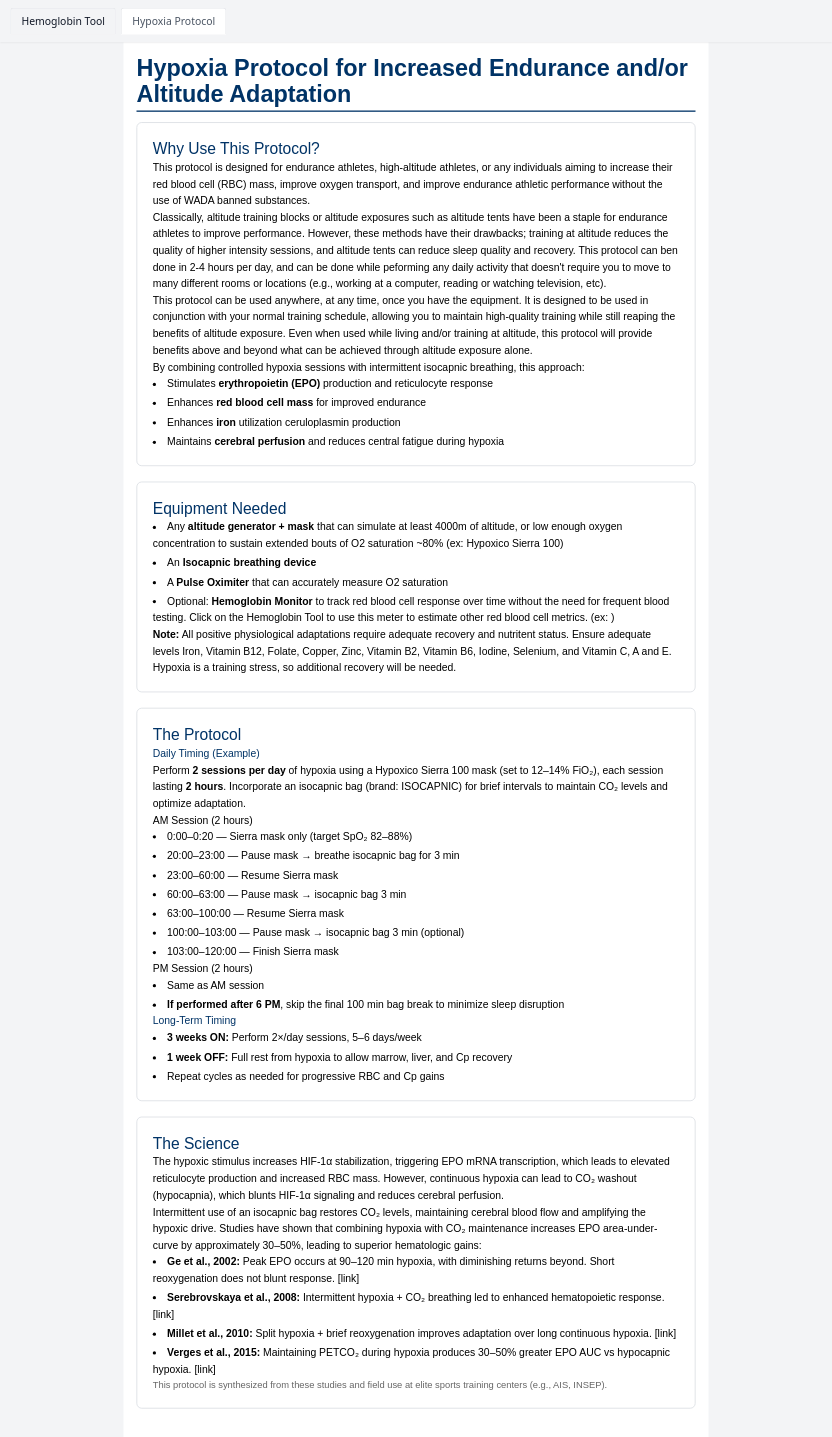
Repository: austenhughes1/hemoglobin_rbc_metrics
Page: hypoxia_protocol.html
These files come from the project's save history. The page is drawn as it stood at one moment and after the next save; the edit follows.
The browser window is 1280 px wide. The pictures show the whole page, at 65% of full size.
Some web libraries are served in a nearby version.

Above is the page before, as saved 2025-06-25 16:03:34.

### hypoxia_protocol.html
<!DOCTYPE html>
<html lang="en">
<head>
  <meta charset="UTF-8" />
  <meta name="viewport" content="width=device-width, initial-scale=1.0"/>
  <title>Hemocalc PRO Hypoxia + Isocapnic Bag Protocol</title>
  <script src="https://cdn.tailwindcss.com"></script>
  <style>
    /* Typography & layout for the content area */
    .content {
      font-family: Arial, sans-serif;
      line-height: 1.6;
      padding: 20px;
      max-width: 900px;
      margin: auto;
      background: white;
    }
    h1, h2, h3 { color: #003366; }
    h1 { border-bottom: 2px solid #003366; padding-bottom: 5px; }
    .citation { font-size: 0.9em; color: #666; }
  </style>
</head>
<body class="bg-gray-100 min-h-screen">

  <!-- Full‐width sticky header -->
  <header class="sticky top-0 z-20 bg-gray-100 shadow-sm w-full">
    <nav class="flex justify-start space-x-2 px-4 py-3">
      <a
        href="index.html"
        class="px-4 py-2 border border-b-0 rounded-t bg-gray-100 text-gray-900 font-medium whitespace-nowrap"
      >
        Hemoglobin Tool
      </a>
      <a
        href="hypoxia_protocol.html"
        class="px-4 py-2 border border-b-0 rounded-t bg-white text-gray-600 hover:bg-gray-200 whitespace-nowrap"
      >
        Hypoxia Protocol
      </a>
    </nav>
  </header>

  <!-- Main content container -->
  <div class="content">
    <h1 class="text-4xl font-bold mb-4">Hypoxia Protocol for Increased Endurance and/or Altitude Adaptation</h1>

    <section class="border border-gray-300 rounded-lg p-6 mb-6 bg-white">
        <h2 class="text-2xl">Why Use This Protocol?</h2>
        <p>
        This protocol is designed for endurance athletes, high-altitude athletes, or any individuals aiming to increase their red blood cell (RBC) mass, improve oxygen transport, and improve endurance athletic performance without the use of WADA banned substances.
        </p>
        <p>
        Classically, altitude training blocks or altitude exposures such as altitude tents have been a staple for endurance athletes to improve performance. However, these methods have their drawbacks; training at altitude reduces the quality of higher intensity sessions, and altitude tents can reduce sleep quality and recovery. This protocol can ben done in 2-4 hours per day, and can be done while peforming any daily activity that doesn't require you to move to many different rooms or locations (e.g., working at a computer, reading or watching television, etc).
        </p>
        <p>
        This protocol can be used anywhere, at any time, once you have the equipment. It is designed to be used in conjunction with your normal training schedule, allowing you to maintain high-quality training while still reaping the benefits of altitude exposure. Even when used while living and/or training at altitude, this protocol will provide benefits above and beyond what can be achieved through altitude exposure alone.
        </p>
        <p>By combining controlled hypoxia sessions with intermittent isocapnic breathing, this approach:</p>
        <ul class="list-disc list-inside space-y-1">
            <li>Stimulates <strong>erythropoietin (EPO)</strong> production and reticulocyte response</li>
            <li>Enhances <strong>red blood cell mass</strong> for improved endurance</li>
            <li>Enhances <strong>iron</strong> utilization ceruloplasmin production </li>
            <li>Maintains <strong>cerebral perfusion</strong> and reduces central fatigue during hypoxia</li>
        </ul>
    </section>

    <section class="border border-gray-300 rounded-lg p-6 mb-6 bg-white">
        <h2 class="text-2xl">Equipment Needed</h2>
        <ul class="list-disc list-inside space-y-1">
            <li>Any <strong>altitude generator + mask</strong> that can simulate at least 4000m of altitude, or low enough oxygen concentration to sustain extended bouts of O2 saturation ~80% (ex: <a href="https://hypoxico.com/products/sierra-100">Hypoxico Sierra 100</a>)</li>
            <li>An <strong>Isocapnic breathing device</strong></li>
            <li>A <strong>Pulse Oximiter</strong> that can accurately measure O2 saturation</li>
            <li>Optional: <strong>Hemoglobin Monitor</strong> to track red blood cell response over time without the need for frequent blood testing. Click on the <a href="https://www.hemocalc.pro/index.html">Hemoglobin Tool</a> to use this meter to estimate other red blood cell metrics. (ex: )</li>
        </ul>
        <p>
        <strong>Note:</strong> All positive physiological adaptations require adequate recovery and nutritent status. Ensure adequate levels Iron, Vitamin B12, Folate, Copper, Zinc, Vitamin B2, Vitamin B6, Iodine, Selenium, and Vitamin C, A and E. Hypoxia is a training stress, so additional recovery will be needed.
        </p>
    </section>

    <section class="border border-gray-300 rounded-lg p-6 mb-6 bg-white">
        <h2 class="text-2xl">The Protocol</h2>
        <h3>Daily Timing (Example)</h3>
        <p>
        Perform <strong>2 sessions per day</strong> of hypoxia using a Hypoxico Sierra 100 mask (set to 12–14% FiO₂), each session lasting <strong>2 hours</strong>. Incorporate an isocapnic bag (brand: ISOCAPNIC) for brief intervals to maintain CO₂ levels and optimize adaptation.
        </p>

        <h4>AM Session (2 hours)</h4>
        <ul class="list-disc list-inside space-y-1">
        <li>0:00–0:20 — Sierra mask only (target SpO₂ 82–88%)</li>
        <li>20:00–23:00 — Pause mask → breathe isocapnic bag for 3 min</li>
        <li>23:00–60:00 — Resume Sierra mask</li>
        <li>60:00–63:00 — Pause mask → isocapnic bag 3 min</li>
        <li>63:00–100:00 — Resume Sierra mask</li>
        <li>100:00–103:00 — Pause mask → isocapnic bag 3 min (optional)</li>
        <li>103:00–120:00 — Finish Sierra mask</li>
        </ul>

        <h4>PM Session (2 hours)</h4>
        <ul class="list-disc list-inside space-y-1">
        <li>Same as AM session</li>
        <li><strong>If performed after 6 PM</strong>, skip the final 100 min bag break to minimize sleep disruption</li>
        </ul>

        <h3>Long-Term Timing</h3>
        <ul class="list-disc list-inside space-y-1">
        <li><strong>3 weeks ON:</strong> Perform 2×/day sessions, 5–6 days/week</li>
        <li><strong>1 week OFF:</strong> Full rest from hypoxia to allow marrow, liver, and Cp recovery</li>
        <li>Repeat cycles as needed for progressive RBC and Cp gains</li>
        </ul>
    </section>


    <section class="border border-gray-300 rounded-lg p-6 mb-6 bg-white">
        <h2 class="text-2xl">The Science </h2>
        <p>
        The hypoxic stimulus increases HIF-1α stabilization, triggering EPO mRNA transcription, which leads to elevated reticulocyte production and increased RBC mass. However, continuous hypoxia can lead to CO₂ washout (hypocapnia), which blunts HIF-1α signaling and reduces cerebral perfusion.
        </p>
        <p>
        Intermittent use of an isocapnic bag restores CO₂ levels, maintaining cerebral blood flow and amplifying the hypoxic drive. Studies have shown that combining hypoxia with CO₂ maintenance increases EPO area-under-curve by approximately 30–50%, leading to superior hematologic gains:
        </p>
        <ul class="list-disc list-inside space-y-1">
        <li><strong>Ge et al., 2002:</strong> Peak EPO occurs at 90–120 min hypoxia, with diminishing returns beyond. Short reoxygenation does not blunt response. [<a href="https://www.hypoxico.com/wp-content/uploads/2018/04/Determinants-of-erythropoietin-release-in-response-to-short-term-hypobaric-hypoxia.pdf" target="_blank">link</a>]</li>
        <li><strong>Serebrovskaya et al., 2008:</strong> Intermittent hypoxia + CO₂ breathing led to enhanced hematopoietic response. [<a href="https://pubmed.ncbi.nlm.nih.gov/18078855/" target="_blank">link</a>]</li>
        <li><strong>Millet et al., 2010:</strong> Split hypoxia + brief reoxygenation improves adaptation over long continuous hypoxia. [<a href="https://pubmed.ncbi.nlm.nih.gov/20092365/" target="_blank">link</a>]</li>
        <li><strong>Verges et al., 2015:</strong> Maintaining PETCO₂ during hypoxia produces 30–50% greater EPO AUC vs hypocapnic hypoxia. [<a href="https://pubmed.ncbi.nlm.nih.gov/26319812/" target="_blank">link</a>]</li>
        </ul>

        <p class="citation">
        This protocol is synthesized from these studies and field use at elite sports training centers (e.g., AIS, INSEP).
        </p>
    </section>
  </div>
</body>
</html>

After the next save:
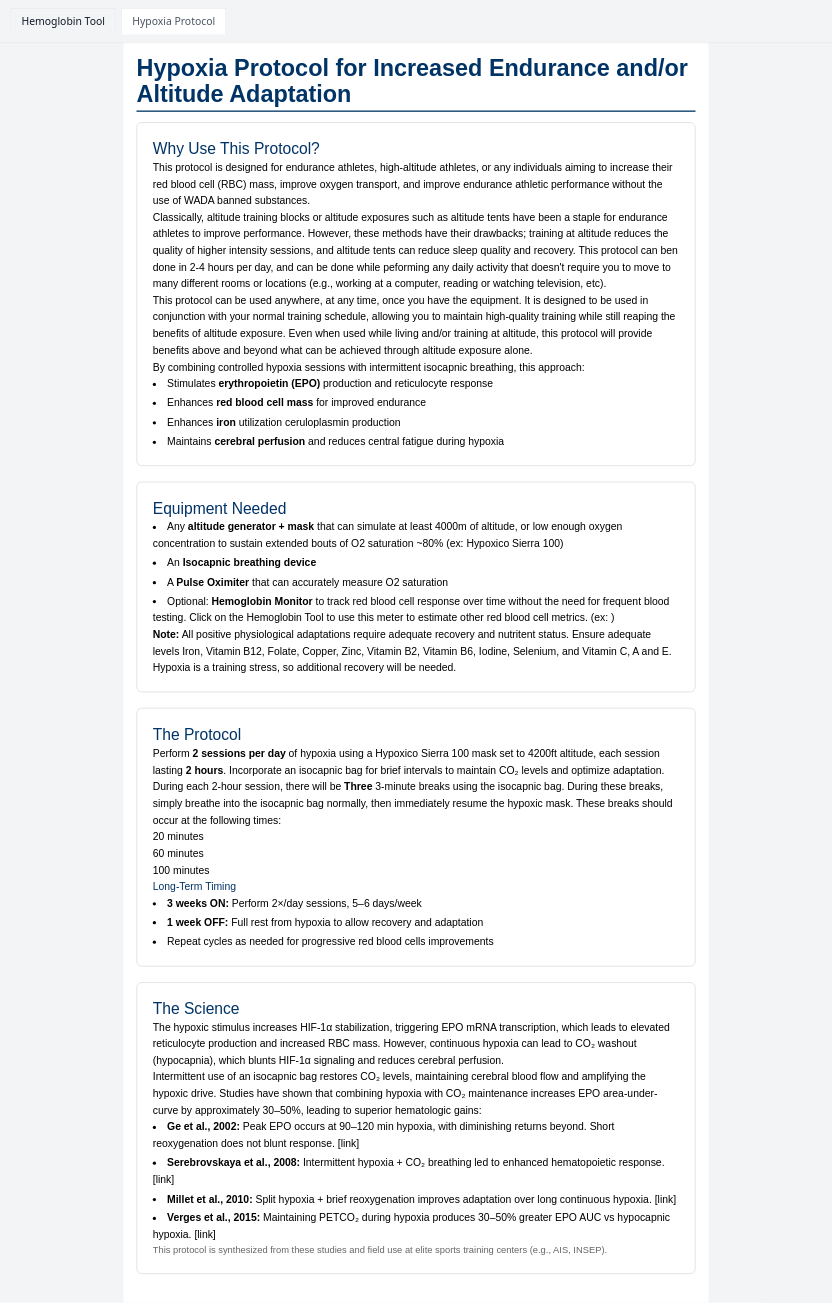
Saved 4 min 29 s later.
--- a/hypoxia_protocol.html
+++ b/hypoxia_protocol.html
@@ -79,33 +79,24 @@
 
     <section class="border border-gray-300 rounded-lg p-6 mb-6 bg-white">
         <h2 class="text-2xl">The Protocol</h2>
-        <h3>Daily Timing (Example)</h3>
         <p>
-        Perform <strong>2 sessions per day</strong> of hypoxia using a Hypoxico Sierra 100 mask (set to 12–14% FiO₂), each session lasting <strong>2 hours</strong>. Incorporate an isocapnic bag (brand: ISOCAPNIC) for brief intervals to maintain CO₂ levels and optimize adaptation.
+        Perform <strong>2 sessions per day</strong> of hypoxia using a Hypoxico Sierra 100 mask set to 4200ft altitude, each session lasting <strong>2 hours</strong>. Incorporate an isocapnic bag for brief intervals to maintain CO₂ levels and optimize adaptation.
         </p>
 
-        <h4>AM Session (2 hours)</h4>
-        <ul class="list-disc list-inside space-y-1">
-        <li>0:00–0:20 — Sierra mask only (target SpO₂ 82–88%)</li>
-        <li>20:00–23:00 — Pause mask → breathe isocapnic bag for 3 min</li>
-        <li>23:00–60:00 — Resume Sierra mask</li>
-        <li>60:00–63:00 — Pause mask → isocapnic bag 3 min</li>
-        <li>63:00–100:00 — Resume Sierra mask</li>
-        <li>100:00–103:00 — Pause mask → isocapnic bag 3 min (optional)</li>
-        <li>103:00–120:00 — Finish Sierra mask</li>
+        <p>
+        During each 2-hour session, there will be <strong>Three</strong> 3-minute breaks using the isocapnic bag. During these breaks, simply breathe into the isocapnic bag normally, then immediately resume the hypoxic mask. These breaks should occur at the following times:
+        <ul>
+            <li>20 minutes</li>
+            <li>60 minutes</li>
+            <li>100 minutes</li>
         </ul>
-
-        <h4>PM Session (2 hours)</h4>
-        <ul class="list-disc list-inside space-y-1">
-        <li>Same as AM session</li>
-        <li><strong>If performed after 6 PM</strong>, skip the final 100 min bag break to minimize sleep disruption</li>
-        </ul>
+        </p>
 
         <h3>Long-Term Timing</h3>
         <ul class="list-disc list-inside space-y-1">
         <li><strong>3 weeks ON:</strong> Perform 2×/day sessions, 5–6 days/week</li>
-        <li><strong>1 week OFF:</strong> Full rest from hypoxia to allow marrow, liver, and Cp recovery</li>
-        <li>Repeat cycles as needed for progressive RBC and Cp gains</li>
+        <li><strong>1 week OFF:</strong> Full rest from hypoxia to allow recovery and adaptation</li>
+        <li>Repeat cycles as needed for progressive red blood cells improvements</li>
         </ul>
     </section>
 
